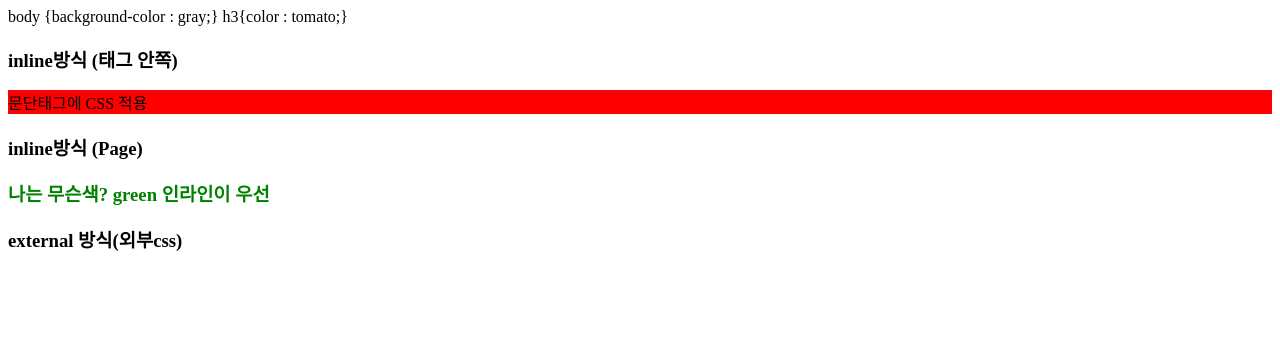
Repository: start-ha/MSA_EDU
Page: WEB/WebFront/WebLabs/Web/src/main/webapp/Ex03_Basic_Css.html
These files come from the project's save history. The page is drawn as it stood at one moment and after the next save; the edit follows.
The browser window is 1280 px wide. The pictures show the whole page.

Above is the page before, as saved 2025-09-16 05:55:57.

After the next save:
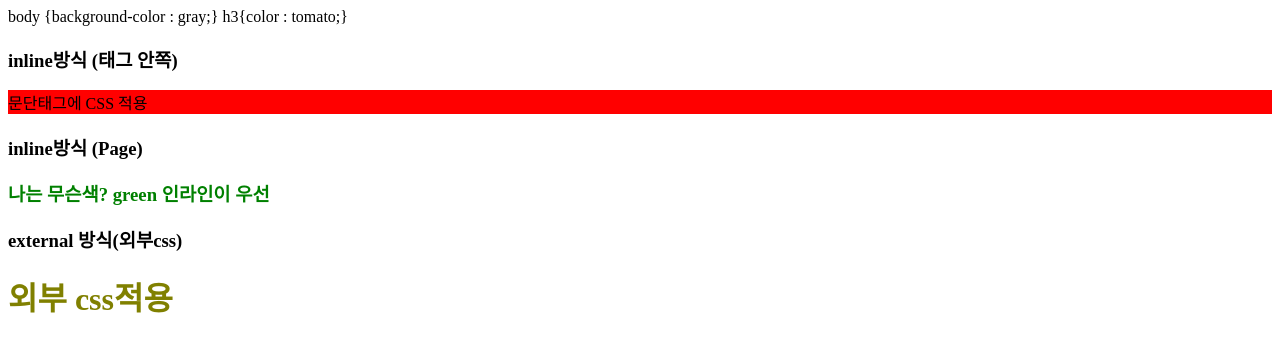
Saved 56 s later.
--- a/WEB/WebFront/WebLabs/Web/src/main/webapp/Ex03_Basic_Css.html
+++ b/WEB/WebFront/WebLabs/Web/src/main/webapp/Ex03_Basic_Css.html
@@ -7,6 +7,7 @@
 	body {background-color : gray;}
 	h3{color : tomato;}
 </sytle>
+<link rel = "stylesheet" href="css/Common.css">
 </head>
 <body>
 <!--
@@ -30,5 +31,6 @@ External > 외부에 별도의 css 만듬 > common.css, hader.css
 
 
 	<h3>external 방식(외부css)</h3>
+	<h1>외부 css적용</h1>
 </body>
 </html>
